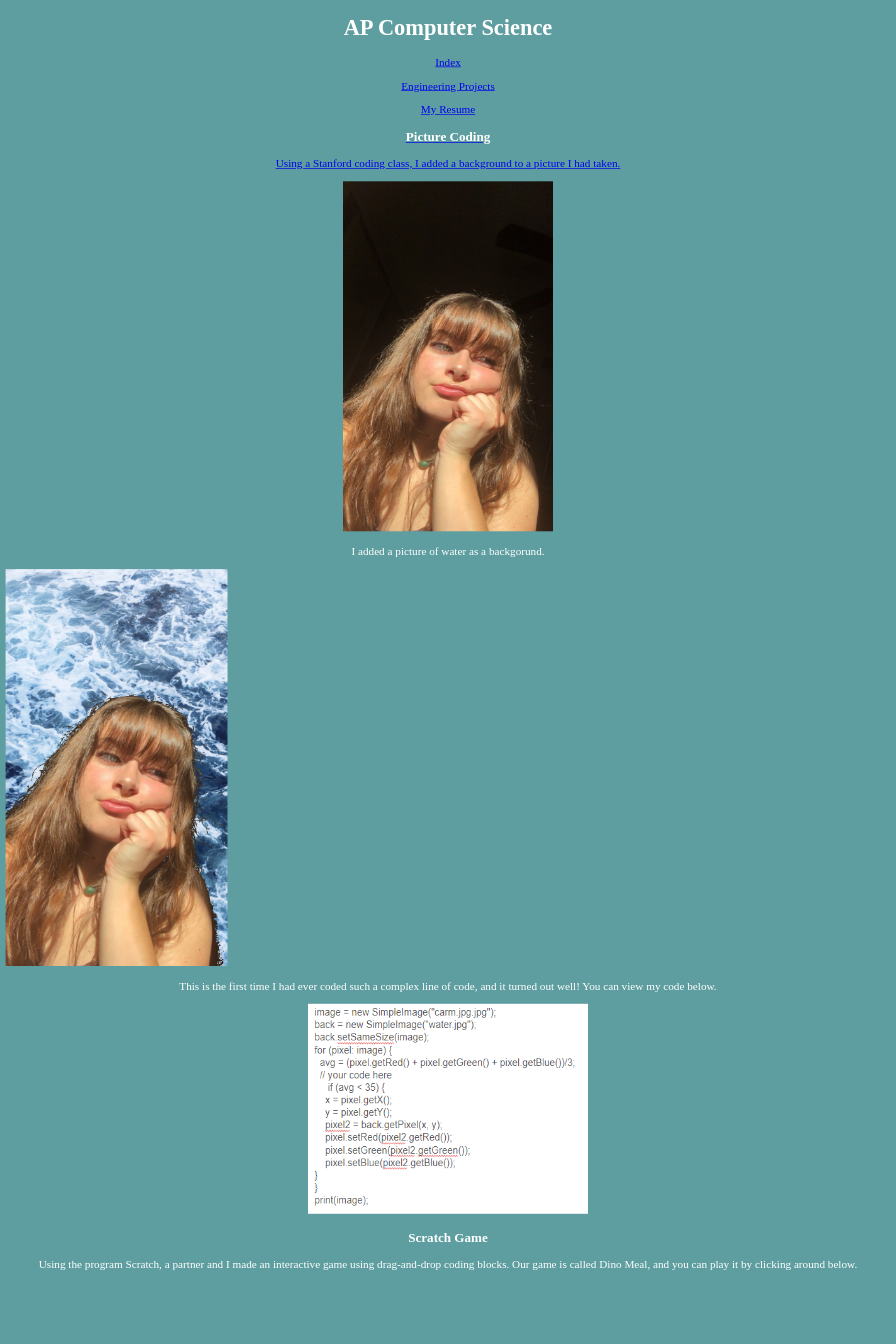
Repository: cdzendzel/cdzendzel.github.io
Page: apcs.html
The author's editor kept a record of every edit. The page is drawn from the files as they stood at one moment, then again after the next edit.
The browser window is 1280 px wide. The pictures show the part of the page from y = 0 to 1920 px (the page is 2910 px tall), at 70% of full size.
Pictures or frames that could not be fetched are drawn as grey boxes.

Above is the page before.

After the next edit:
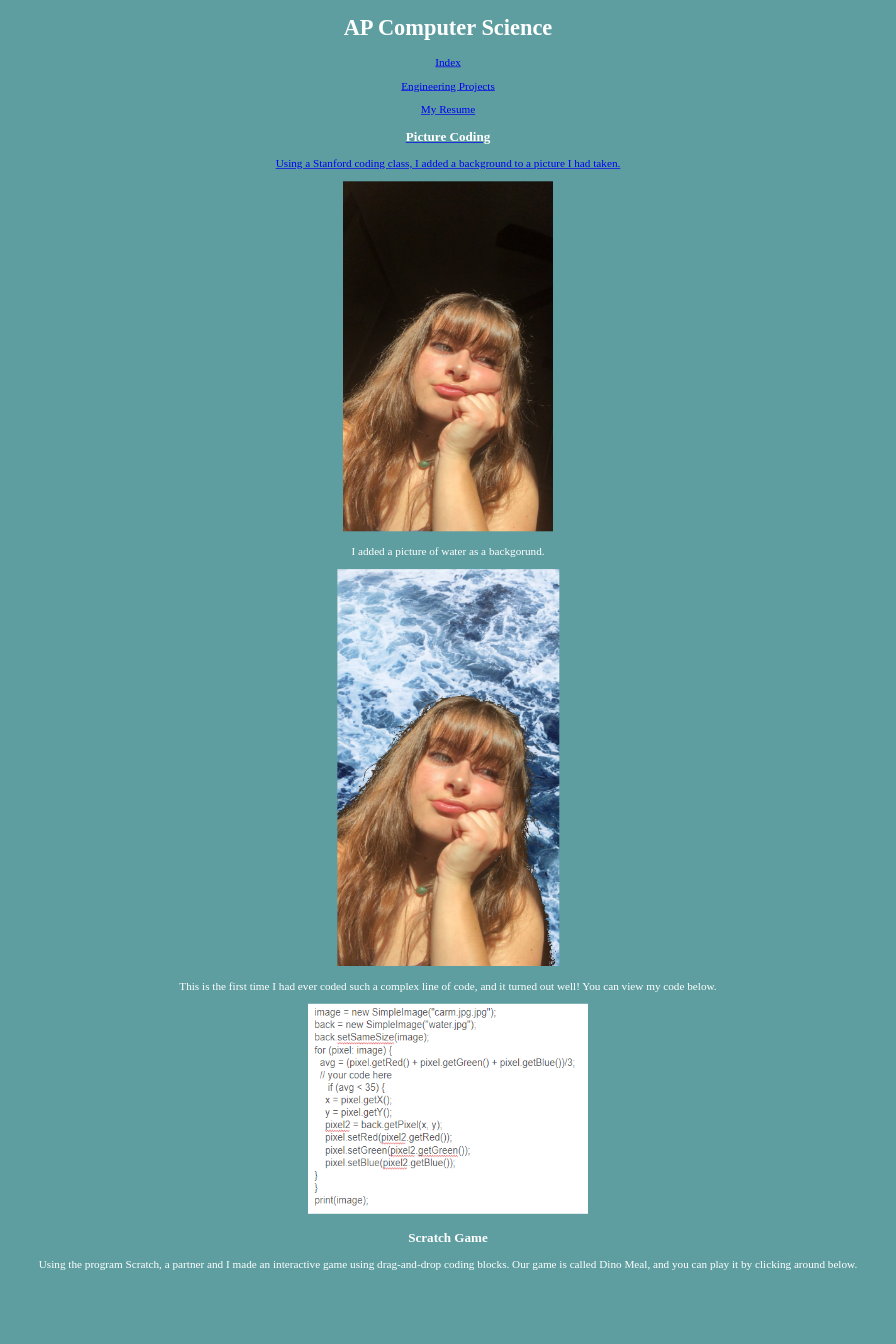
The edit:
--- a/apcs.html
+++ b/apcs.html
@@ -25,7 +25,7 @@
 <center><img src="images/carm.jpg.JPG" alt="Picture of me before coding" width="300" height="500">
 </center>
 <p style="text-align:center; color:white;">I added a picture of water as a backgorund.  <a></p>
-<center></center><img src="images/carm.water.code.PNG" alt="Picture of me after coding with water as the background"">
+<center><img src="images/carm.water.code.PNG" alt="Picture of me after coding with water as the background"">
 </center>
 <p style="text-align:center; color:white;">This is the first time I had ever coded such a complex line of code, and it turned out well! You can view my code below.</a></p>
 <center><img src="images/pic.code.PNG" alt="Carmela's Picture Code" width="400" height="300">
